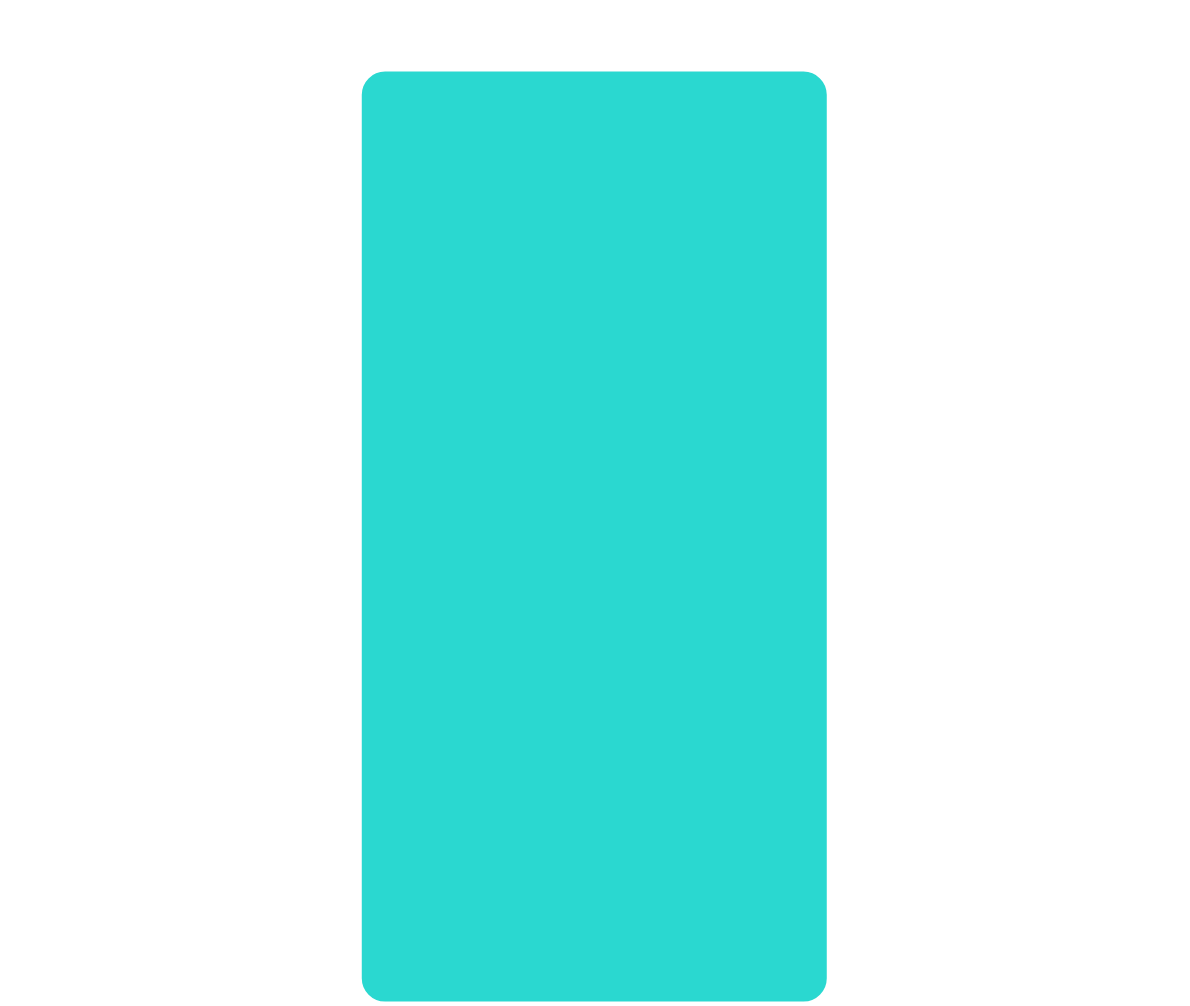
Repository: 1000sky/Inorganic_chemistry_application
Page: http://localhost/explanation
These files come from the project's save history. The page is drawn as it stood at one moment and after the next save; the edit follows.
The browser window is 1280 px wide. The pictures show the whole page, at 93% of full size.
The page is served by the project's Laravel application, run on PHP 8.4 with Laravel 8.

Above is the page before, as saved 2022-07-12 19:10:36.

After the next save:
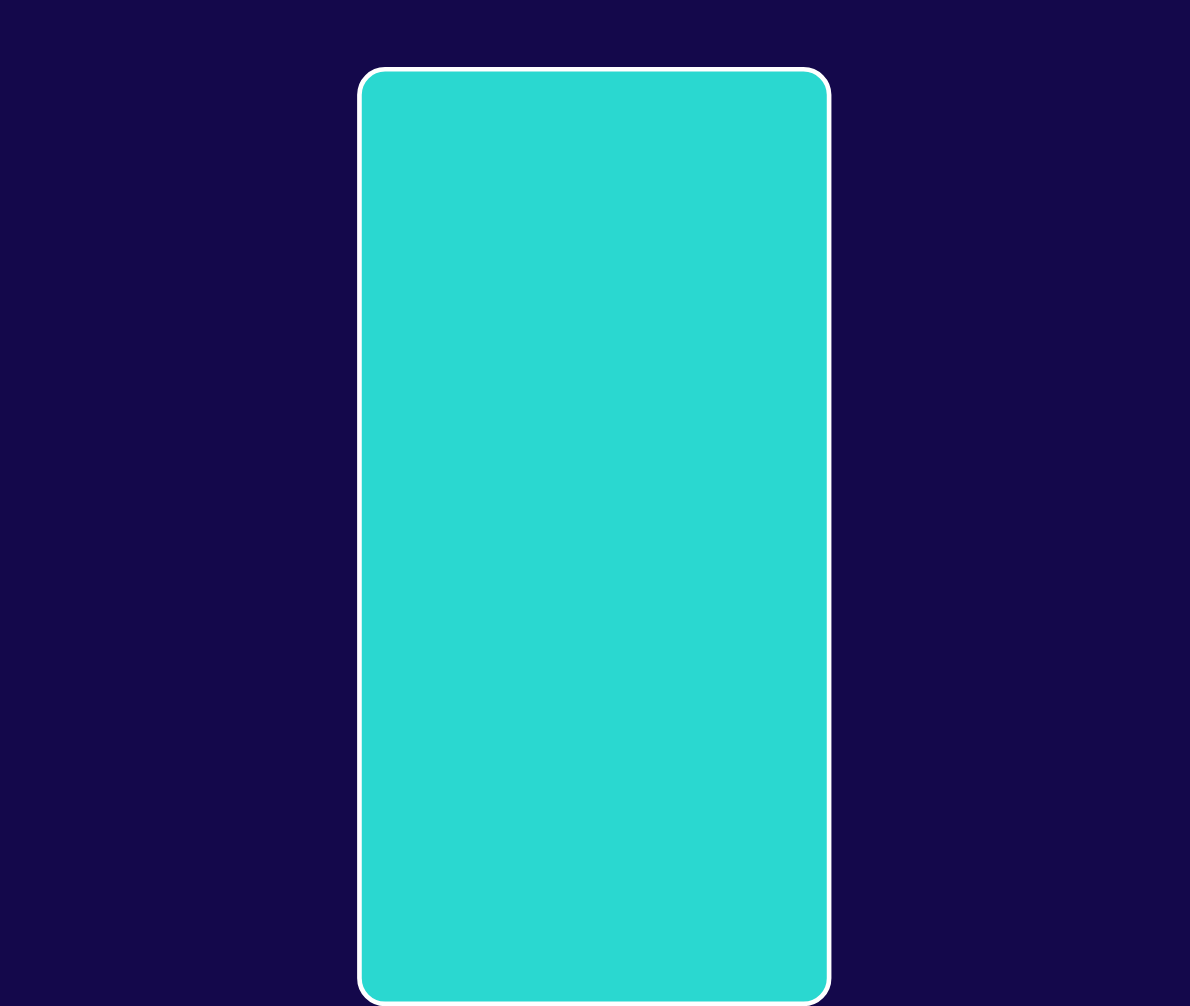
Saved 43 s later.
--- a/application/public/css/explanation.css
+++ b/application/public/css/explanation.css
@@ -1,3 +1,7 @@
+body {
+    background-color: rgb(20, 8, 75);
+}
+
 .card {
     position: absolute;
     top: 10%;
